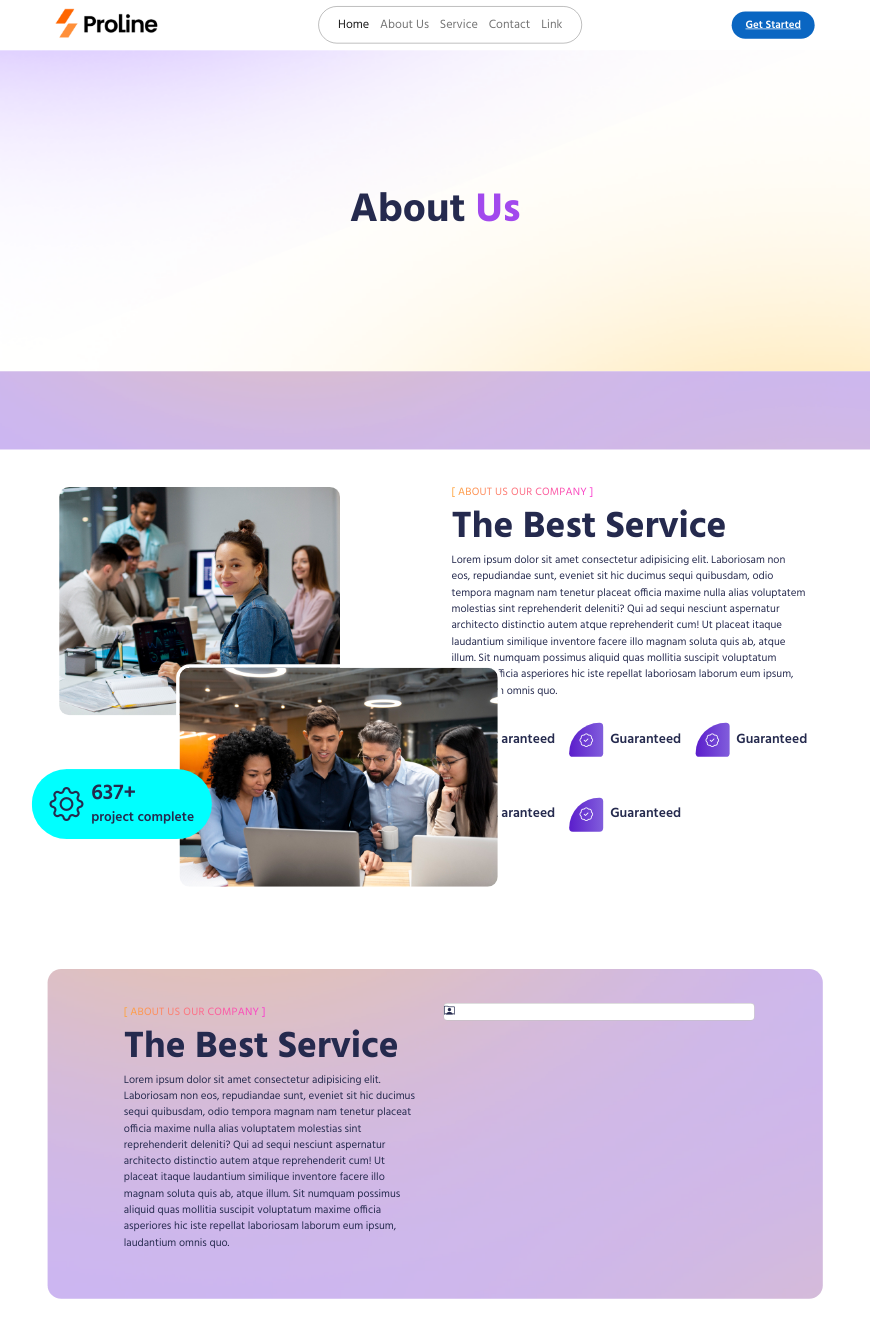
Repository: tagnam/corporate
Page: aboutus.html
These files come from the project's save history. The page is drawn as it stood at one moment and after a run of saves; the edit follows.
The browser window is 1280 px wide. The pictures show the whole page, at 68% of full size.

Above is the page before, as saved 2025-02-15 12:14:37.

After the next 5 saves:
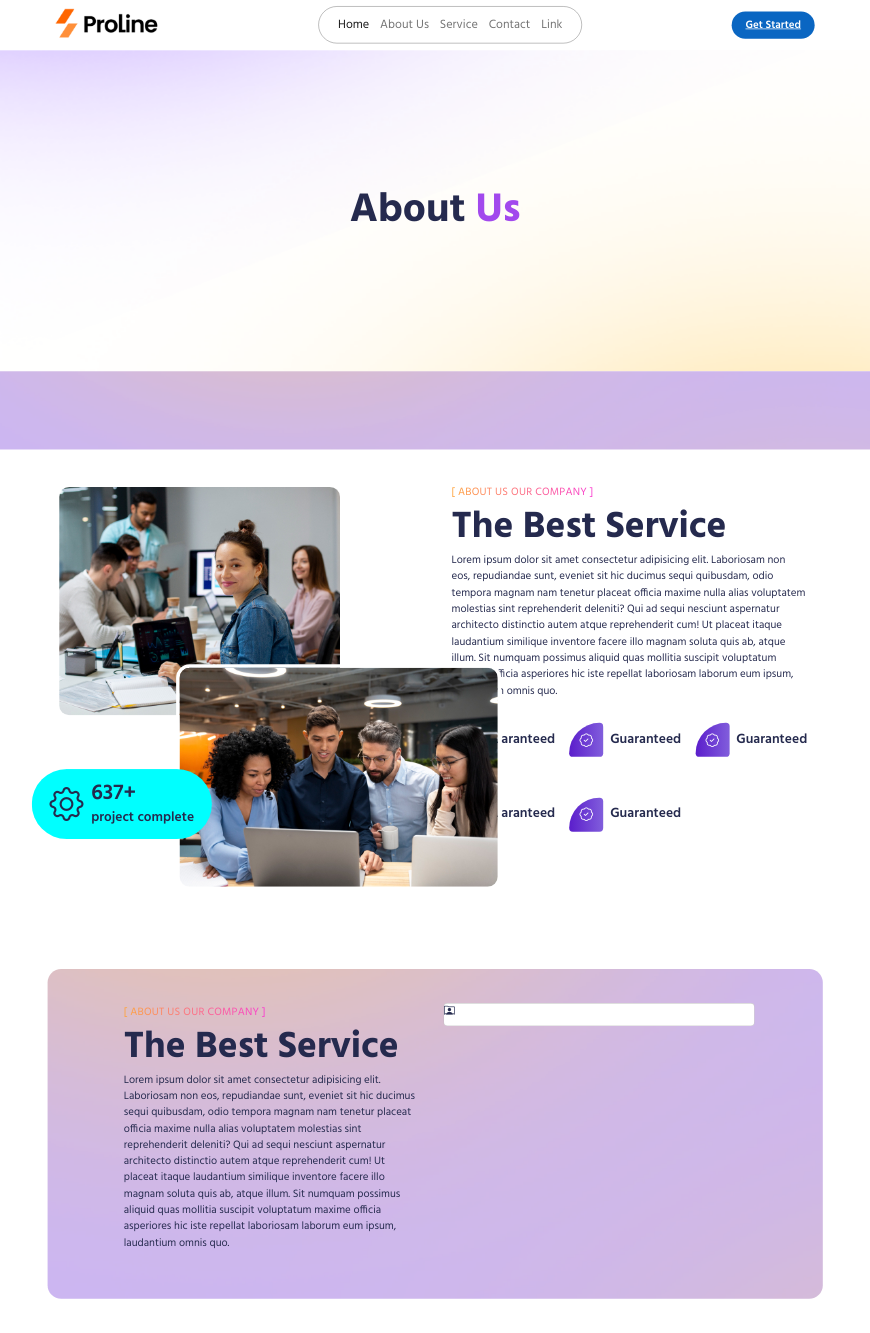
The 5 saves are shown as one change because they came seconds apart.
The last was saved 14 s later.
--- a/aboutus.html
+++ b/aboutus.html
@@ -210,7 +210,9 @@
                                             </div>
                                             <div class="col-md-9">
                                                 <div class="mission-content">
-
+                                                <h4>
+
+                                                </h4>
                                                 </div>
                                             </div>
                                         </div>
